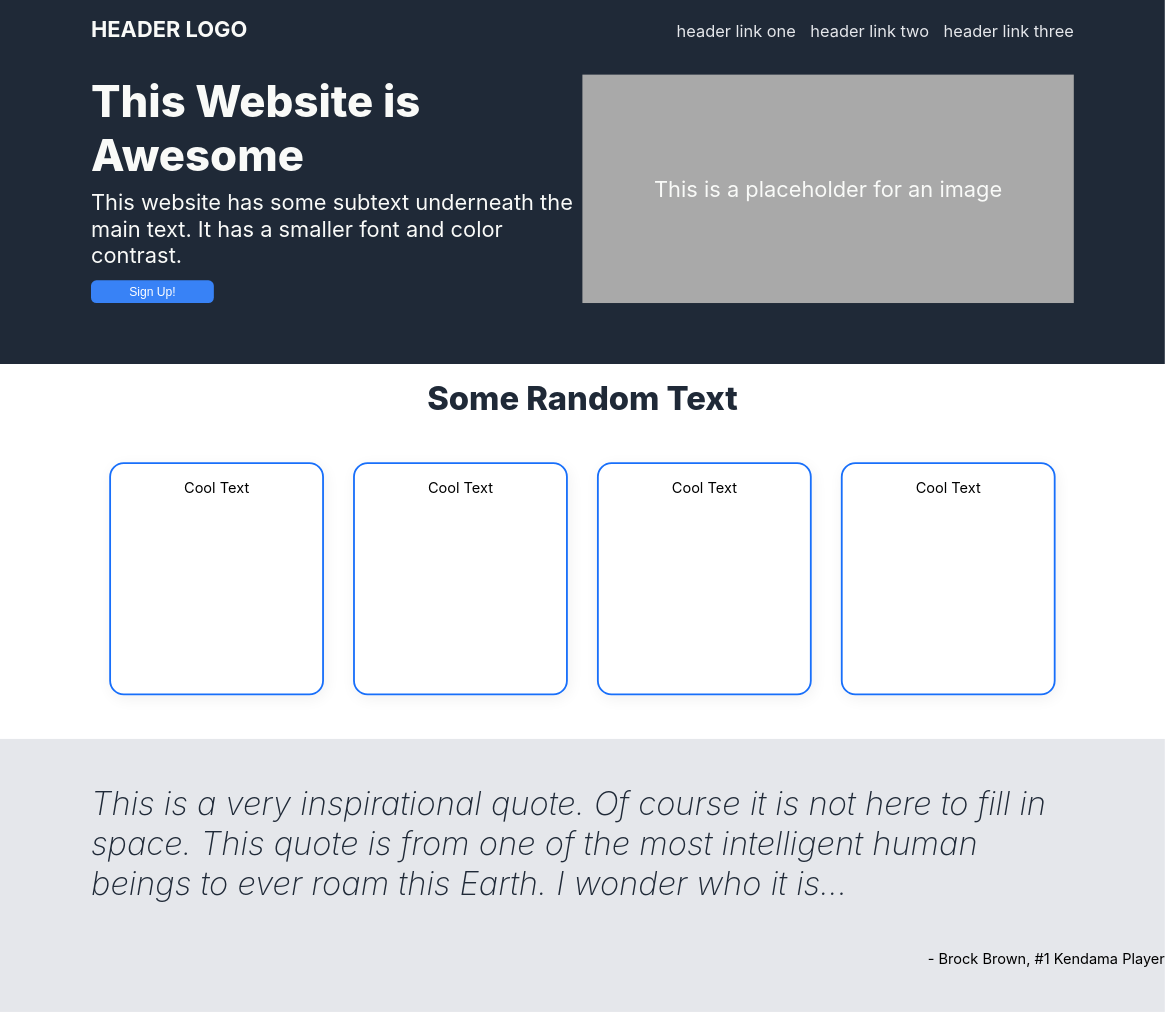
Repository: bbrockbrown/landing-page
Page: index.html
The author's editor kept a copy of each file at every save. The page is drawn from the files as they stood at one save, then again after the next save.
The browser window is 1280 px wide. The pictures show the whole page, at 91% of full size.

Above is the page before, as saved 2024-07-24 15:54:05.

### index.html
<!DOCTYPE html>
<html lang="en">
<head>
    <meta charset="UTF-8">
    <meta name="viewport" content="width=device-width, initial-scale=1.0">
    <link rel="stylesheet" href="styles.css">
    <title>Landing Page</title>
</head>
<body>

    <div class="header">
        <div class="upper-header">
            <div class="logo" style="font-weight: bolder">HEADER LOGO</div>
            <ul class="header-links">
                <li><a href="https://www.google.com/" target="_blank">header link one</a></li>
                <li><a href="https://www.google.com/" target="_blank">header link two</a></li>
                <li><a href="https://www.google.com/" target="_blank">header link three</a></li>
            </ul>
        </div>

        <div class="header-content">
            <div class="header-text">
                <div class="awesome-text">
                    This Website is Awesome
                </div>
                <div class="subtext">
                    This website has some subtext underneath the main text.
                    It has a smaller font and color contrast.
                </div>
                <button class="signup-button">Sign Up!</button>
            </div>

            <div class="header-image">
                This is a placeholder for an image
            </div>
        </div>
    </div>




    <div class="body">
        <div class="box-text">Some Random Text</div>
        <div class="box-container">
            <div class="box">Cool Text</div>
            <div class="box">Cool Text</div>
            <div class="box">Cool Text</div>
            <div class="box">Cool Text</div>
        </div>

        <div class="quote-container">
            <div class="quote">This is a very inspirational quote. Of course it is not here
                to fill in space. This quote is from one of the most intelligent human beings
                to ever roam this Earth. I wonder who it is...
            </div>
            <div class="quote-author">
                - Brock Brown, #1 Kendama Player
            </div>
        </div>
    </div>

    <div class="sign-up">

    </div>

    <div class="footer">

    </div>

</body>
</html>

### styles.css
body {
    font-family: -apple-system, BlinkMacSystemFont, 'Segoe UI', Roboto, Oxygen, Ubuntu, Cantarell, 'Open Sans', 'Helvetica Neue', sans-serif;
    margin: 0;
    min-height: 100vh;
}

.header {
    background-color: #1F2937;
    font-size: 24px;
    color: #F9FAF8;
    display: flex;
    padding: 0px 100px 50px 100px;
    height: 350px;
    flex-direction: column;
    justify-content: space-around;
}

.upper-header {
    display: flex;
    justify-content: space-between;
}

.header-content {
    display: flex;
    text-align: left;
    align-items: center;
}

.header-text {
    width: 50%;
    display: flex;
    flex-flow: column wrap;
    gap: 8px;
}

.header-image {
    text-align: center;
    width: 50%;
    height: 100%;
    background-color: darkgray;
    display: flex;
    flex-flow: column wrap;
    justify-content: center;
}

.awesome-text {
    font-size: 48px;
    font-weight: 800;
}

button {
    padding: 5px 30px 5px 30px;
    border-radius: 6px;
    width: 25%;
}

.signup-button {
    background-color: #3882F6;
    color: white;
    border: none;
    margin-top: 5px;
}

ul {
    margin: 0;
    padding: 0;
    list-style: none;
    display: flex;
    gap: 16px;
}

a {
    text-decoration: none;
    font-size: 18px;
    color: #E5E7EB;
}


.body {
    display: flex;
    flex: 1;
    flex-direction: column;
    align-items: center;
}

.box-text {
    font-size: 36px;
    color: #1F2937;
    font-weight: 800;
    margin-top: 16px;
}

.box-container {
    display: flex;
    padding: 48px;
    flex-wrap: wrap;
    gap: 32px;
    justify-content: center;
}


.box {
    border: 2px solid  #186ffa;
    box-shadow: 2px 4px 16px rgba(0,0,0,.06);
    border-radius: 16px;
    padding: 16px;
    width: 200px;
    height: 220px;
    text-align: center;
}

.quote-container {
    display: flex;
    flex: wrap;
    flex-direction: column;
    background-color: #E5E7EB;
    height: 300px;
    justify-content: center;
}

.quote {
    padding: 0px 100px 50px 100px;
    font-size: 36px;
    color: #1F2937;
    font-style: italic;
    font-weight: 200;
}

.quote-author {
    align-self: flex-end;
}

After the next save:
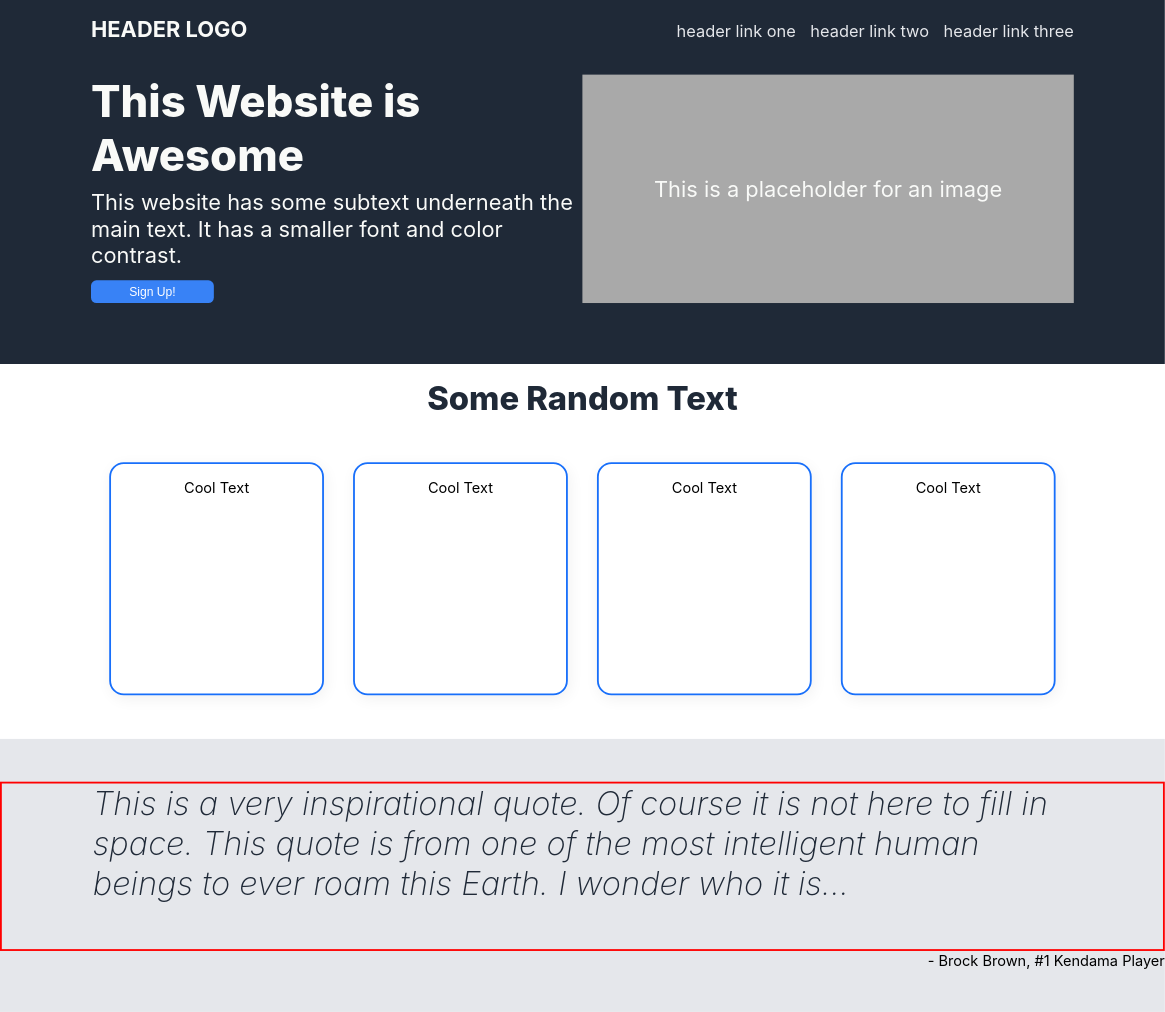
Saved 37 s later.
--- a/styles.css
+++ b/styles.css
@@ -124,8 +124,9 @@ a {
     color: #1F2937;
     font-style: italic;
     font-weight: 200;
+    border: 2px red solid;
 }
 
 .quote-author {
-    align-self: flex-end;
+    align-self: flex-end
 }
